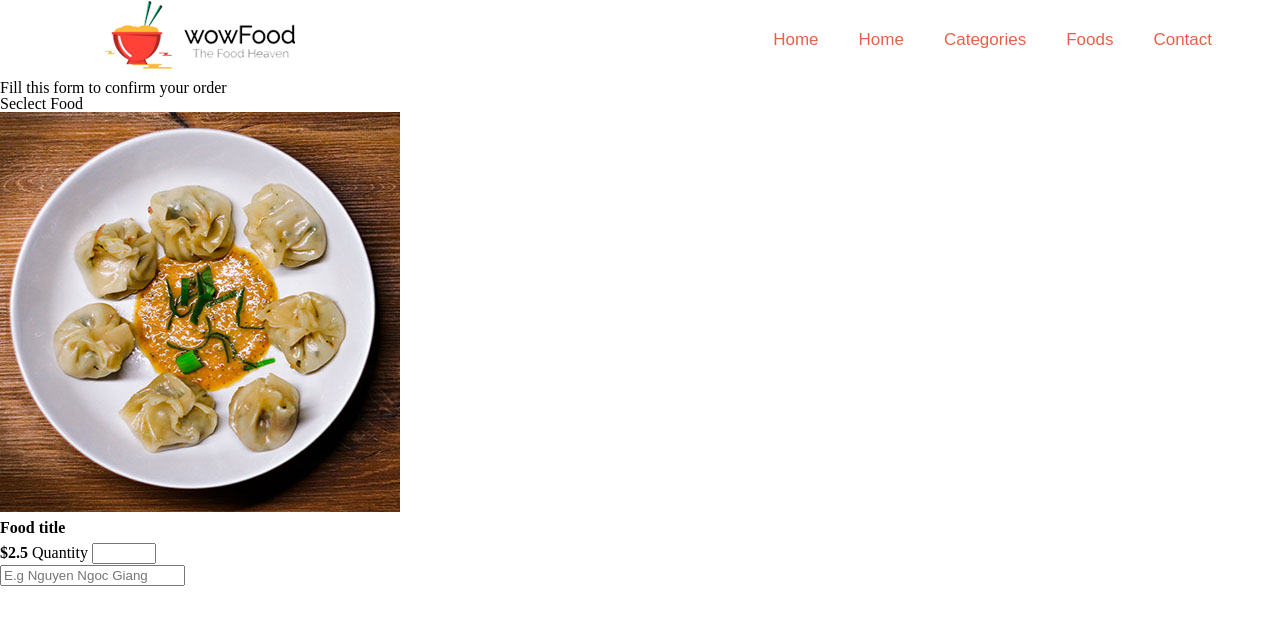
Repository: ruaruababa/WowFood
Page: order.html
These files come from the project's save history. The page is drawn as it stood at one moment and after the next save; the edit follows.
The browser window is 1280 px wide. The pictures show the whole page.

Above is the page before, as saved 2021-09-19 21:45:16.

### order.html
<!DOCTYPE html>
<html lang="en">

<head>
    <meta charset="UTF-8">
    <meta http-equiv="X-UA-Compatible" content="IE=edge">
    <meta name="viewport" content="width=device-width, initial-scale=1.0">
    <title>Order Food</title>
    <link rel="stylesheet" href="./style.css">
    <link rel="stylesheet" href="./reset.css">
</head>

<body>
    <nav>
        <input type="checkbox" id="check" />
        <label for="check" class="checkbtn">
            <i class="fas fa-bars"></i>
        </label>
        <label class="logo">
            <img src="./img/logo.png" alt="" class="img-logo" />
        </label>
        <ul class="navbar">
            <li><a class="active" href="#">Home</a></li>
            <li><a href="#">Home</a></li>
            <li><a href="#">Categories</a></li>
            <li><a href="#">Foods</a></li>
            <li><a href="#">Contact</a></li>
        </ul>
    </nav>
    <section id=section-order>
        <div class="container-order">
            <form action="">
                <h3 class="title-order">Fill this form to confirm your order</h3>
                <label for="" class="seclect">Seclect Food</label>
                <div class="container-seclect-food">
                    <div class="img-food">
                        <img src="./img/menu-momo.jpg" alt="" class="bgr-item" />
                    </div>
                    <div class="content-food">
                        <h6 class="title-item">Food title</h6>
                        <span class="price-item">$2.5</span>
                        <label for="" class="quantity">Quantity</label>
                        <input type="number" min="1" max="100">
                    </div>
                </div>
                <div class="container-delivery-title">
                    <lable class="full-name"></lable>
                    <input type="text" placeholder="E.g Nguyen Ngoc Giang">
                </div>
            </form>
        </div>
    </section>
</body>

</html>

### style.css

li {
  text-decoration: none;
}

a {
  text-decoration: none;
}

nav {
  height: 80px;
  width: 100%;
}

label.logo {
  padding: 0 100px;
}

nav ul {
  float: right;
  margin-right: 50px;
}

nav ul li {
  display: inline-block;
  line-height: 80px;
  margin: 0 5px;
  font-family: "Poppins", sans-serif;
}

nav ul li a {
  color: #e7614a;
  font-size: 17px;
  padding: 7px 13px;
  border-radius: 3px;
}

.checkbtn {
  font-size: 30px;
  color: white;
  float: right;
  line-height: 80px;
  margin-right: 40px;
  cursor: pointer;
  display: none;
}

#check {
  display: none;
}

ul:hover li {
  filter: blur(3px);
  opacity: 0.5;
  transform: scale(0.98);
  box-shadow: none;
}

ul:hover li:hover {
  transform: scale(1.1);
  filter: blur(0px);
  opacity: 1;
  box-shadow: 0 8px 20px 0px rgba(0, 0, 0, 0.125);
}

.container-section-search {
  position: relative;
  text-align: center;
  margin-top: 15px;
}

.background-search {
  height: 250px;
}

.background-search img {
  height: inherit;
  width: 100%;
  object-fit: cover;
}

.form {
  width: 100%;
  position: absolute;
  top: 50%;
  left: 50%;
  transform: translate(-50%, -50%);
  height: 22px;
}

.input-search {
  width: 35%;
  height: inherit;
}

.btn-search {
  background-color: rgba(250, 59, 59, 0.849);
  border: none;
  border-radius: 5px;
  font-size: 14px;
  color: white;
  cursor: pointer;
  padding: 3px;
}

#section-collection {
  position: relative;
}

.container-section-collection {
  height: max-content;
}

.explore-food {
  padding-top: 70px;
  text-align: center;
  font-size: 24px;
  font-family: "Poppins", sans-serif;
}

.collection-food {
  width: 100%;
}

.list-food {
  margin-top: 50px;
  display: flex;
  justify-content: center;
  column-gap: 50px;
}

.list-food li {
  width: 330px;
  height: 400px;
  transition: 0.2s all;
}

.list-food li:hover {
  transform: scale(0.95);
}

.list-food li img {
  width: 100%;
  height: 100%;
  object-fit: cover;
  border-radius: 10px;
}

.list-food li span {
  font-family: "Poppins", sans-serif;
  display: block;
  font-size: 20px;
  text-align: center;
  color: #ffffff;
  margin-top: -50px;
}

article {
  background-color: #ececec;
}

.title-food-menu {
  padding-top: 70px;
  font-size: 24px;
  text-align: center;
  font-family: "Poppins", sans-serif;
}

.container-menu {
  padding-top: 50px;
  display: grid;
  grid-gap: 20px;
  grid-template-columns: repeat(auto-fit, minmax(550px, 1fr));
  grid-auto-rows: 180px;
  justify-items: center;
  font-family: "Poppins", sans-serif;
}

.container-item:nth-child(odd) {
  justify-self: end;
}

.container-item:nth-child(even) {
  justify-self: start;
}

.container-item {
  background-color: #ffffff;
  display: flex;
  align-items: center;
  border-radius: 15px;
}

.container-item img {
  width: 25%;
  height: 70%;
  object-fit: cover;
  border-radius: 15px;
  margin: 0 28px;
}

.container-item .item-content {
  width: 100%;
  height: 70%;
  object-fit: cover;
  border-radius: 15px;
  margin: 0 28px;
}

.item-content {
  display: inline-block;
}

.title-item {
  font-size: 16px;
  font-weight: bold;
  line-height: 25px;
}

.price-item {
  line-height: 25px;
  font-weight: bold;
}

.des-item {
  font-size: 14px;
  line-height: 20px;
  color: #747d9c;
}

.oder-item {
  text-decoration: none;
  background-color: #f56b81;
  color: white;
  border-radius: 5px;
  padding: 3px;
  display: inline-block;
}

.footer-food-menu {
  margin-top: 30px;
}

.see-all-foods {
  display: block;
  text-align: center;
  text-decoration: none;
  color: #f56b81;
  padding-bottom: 50px;
  font-family: "Poppins", sans-serif;
  transition: 0.2s all;
}

.see-all-foods:hover {
  text-decoration: underline;
  transform: scale(1.1);
}

.social-network-icon {
  display: flex;
  justify-content: center;
  margin-top: 30px;
}

.icon-insta {
  margin: 0 30px;
}

.license {
  margin-top: 40px;
  margin-bottom: 30px;
  font-family: "Poppins", sans-serif;
}

.license p {
  text-align: center;
}

.license p a {
  text-decoration: none;
  color: #e7614a;
}

@media (max-width: 952px) {
  label.logo {
    padding-left: 50px;
  }

  nav ul li a {
    font-size: 16px;
  }

  .container-item:nth-child(odd) {
    justify-self: center;
  }

  .container-item:nth-child(even) {
    justify-self: center;
  }
}

@media (max-width: 858px) {
  i {
    color: black;
  }

  .checkbtn {
    display: block;
  }

  .navbar {
    position: fixed;
    width: 100%;
    height: 250px;
    left: -100%;
    text-align: center;
    transition: all 0.5s;
    z-index: 2;
    background-color: #ffffff;
  }

  nav ul li {
    display: block;
    margin: 10px 0;
    line-height: 30px;
  }

  nav ul li a {
    font-size: 20px;
  }

  #check:checked ~ ul {
    left: 0;
  }

  .container-section-collection {
    height: max-content;
  }
}

section {
  position: relative;
}
@media (max-width: 858px) {
   .container-menu {
    padding-top: 50px;
    display: grid;
    grid-gap: 20px;
    grid-template-columns: repeat(auto-fit, minmax(550px, 1fr));
    grid-auto-rows: 180px;
    justify-items: center;
    font-family: "Poppins", sans-serif;
  }
}

@media (max-width: 414px) {
  label img {
    margin-left: -50px;
  }
  i.fa-bars {
    margin-right: -20px;
  }
  .navbar {
    position: fixed;
    width: 414px;
    height: 250px;
    left: -100%;
    text-align: center;
    transition: all 0.5s;
    z-index: 2;
    background-color: #ffffff;
  }

  nav ul li {
    display: block;
    margin: 10px 0;
    line-height: 30px;
  }

  nav ul li a {
    font-size: 20px;
  }

  #check:checked ~ ul {
    left: 0;
  }
  .list-food {
    display: flex;
    flex-direction: column;
    gap: 15px;
  }

  .item {
    align-self: center;
  }

  .container-menu {
    padding-top: 50px;
    display: grid;
    grid-gap: 20px;
    grid-template-columns: repeat(auto-fit, minmax(375px, 1fr));
    grid-auto-rows: 180px;
    justify-items: center;
    font-family: "Poppins", sans-serif;
  }
}

@media (max-width: 375px) {
  label img {
    margin-left: -50px;
  }
  i.fa-bars {
    margin-right: -20px;
  }
  .navbar {
    position: fixed;
    width: 375px;
    height: 250px;
    left: -100%;
    text-align: center;
    transition: all 0.5s;
    z-index: 2;
    background-color: #ffffff;
  }

  nav ul li {
    display: block;
    margin: 10px 0;
    line-height: 30px;
  }

  nav ul li a {
    font-size: 20px;
  }

  #check:checked ~ ul {
    left: 0;
  }

  .list-food {
    display: flex;
    flex-direction: column;
    gap: 15px;
  }

  .item {
    align-self: center;
  }

  .container-menu {
    padding-top: 50px;
    display: grid;
    grid-gap: 20px;
    grid-template-columns: repeat(auto-fit, minmax(375px, 1fr));
    grid-auto-rows: 180px;
    justify-items: center;
    font-family: "Poppins", sans-serif;
  }
  @media (max-width: 320px) {
  label img {
    margin-top: -70px;
    margin-left: -50px;
    padding-bottom: 10px;
  }
  i.fa-bars {
    margin-right: -20px;
    padding-top: 20px;
  }
  .navbar {
    position: fixed;
    width: 320px;
    height: 250px;
    left: -100%;
    text-align: center;
    transition: all 0.5s;
    z-index: 2;
    background-color: #ffffff;
    margin-top: -5px;
  }

  nav ul li {
    display: block;
    margin: 10px 0;
    line-height: 30px;
  }

  nav ul li a {
    font-size: 20px;
  }

  #check:checked ~ ul {
    left: 0;
  }

  .list-food {
    display: flex;
    flex-direction: column;
    gap: 15px;
  }

  .item {
    align-self: center;
  }

  .container-menu {
    padding-top: 50px;
    display: grid;
    grid-gap: 20px;
    grid-template-columns: repeat(auto-fit, minmax(319px, 1fr));
    grid-auto-rows: 180px;
    justify-items: center;
    font-family: "Poppins", sans-serif;
  }
}

/* article{
  position: relative;
  top: 200px;
} */

Loaded but not shown: reset.css (common file)

After the next save:
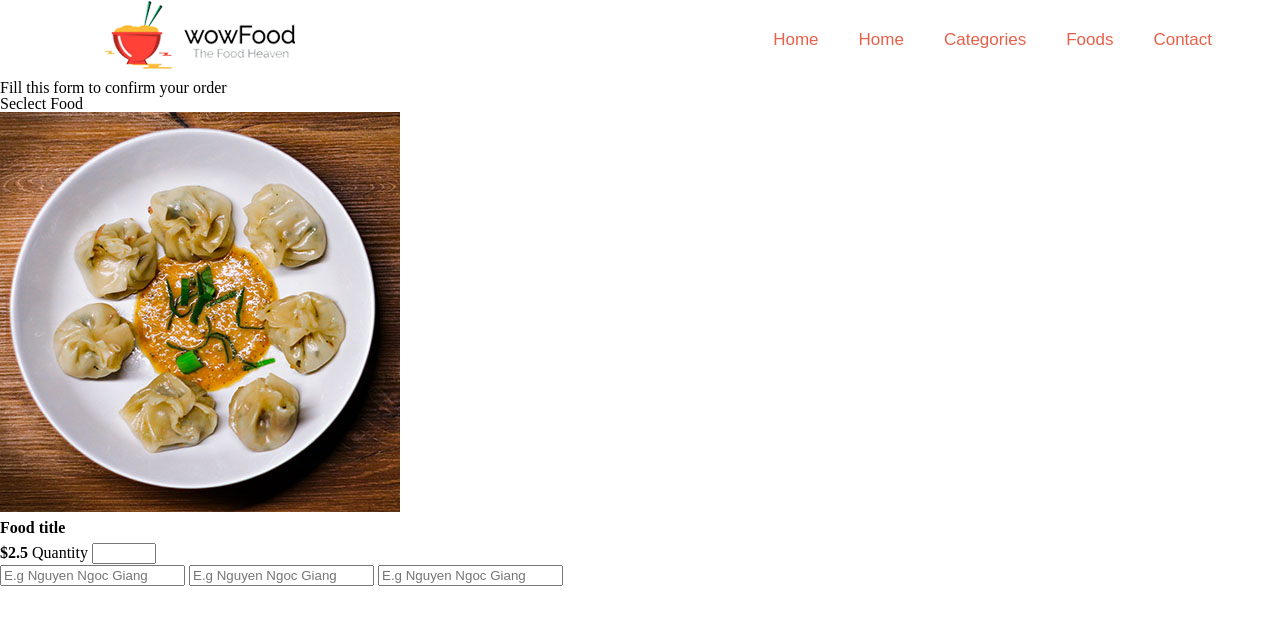
Saved 9 s later.
--- a/order.html
+++ b/order.html
@@ -46,6 +46,10 @@
                 <div class="container-delivery-title">
                     <lable class="full-name"></lable>
                     <input type="text" placeholder="E.g Nguyen Ngoc Giang">
+                    <lable class="full-name"></lable>
+                    <input type="text" placeholder="E.g Nguyen Ngoc Giang">
+                    <lable class="full-name"></lable>
+                    <input type="text" placeholder="E.g Nguyen Ngoc Giang">
                 </div>
             </form>
         </div>
